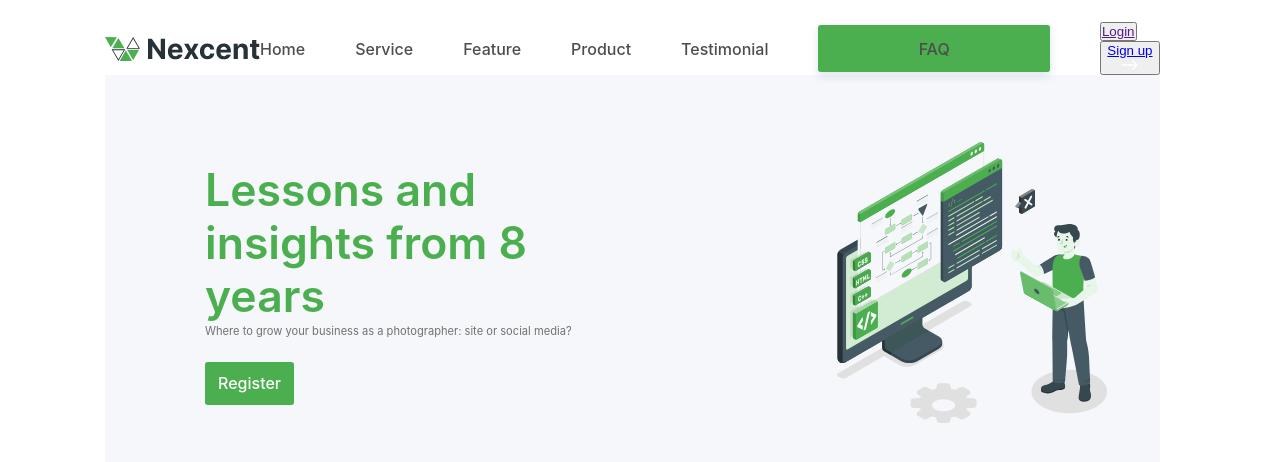
Repository: kubrazamanova/Folder4
Page: homePage/index.html
The author's editor kept a copy of each file at every save. The page is drawn from the files as they stood at one save, then again after the next save.
The browser window is 1280 px wide. The pictures show the whole page.

Above is the page before, as saved 2023-11-11 11:37:52.

After the next save:
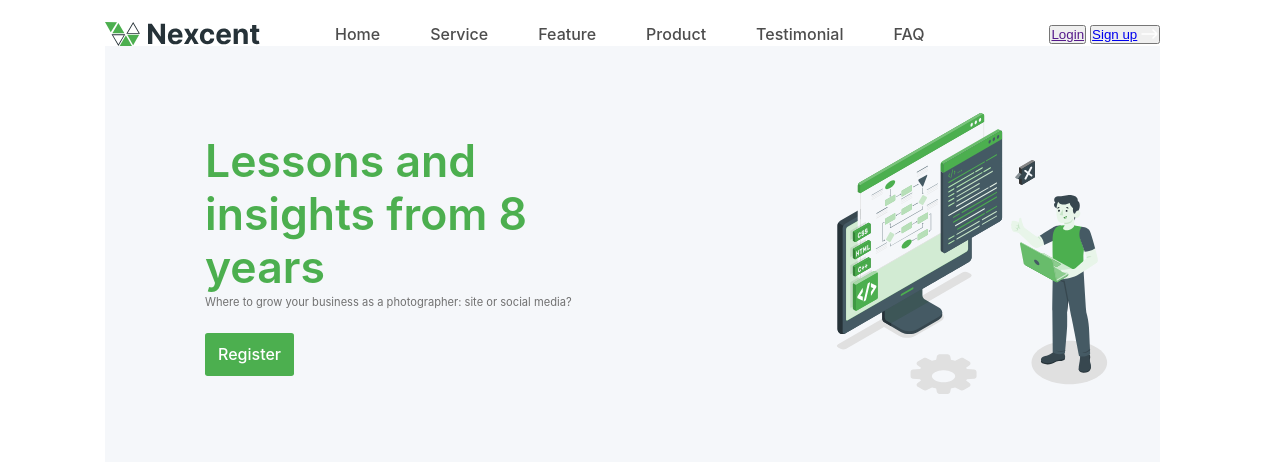
Saved 14 s later.
--- a/homePage/index.css
+++ b/homePage/index.css
@@ -34,37 +34,7 @@ justify-content: space-between;
   text-decoration: none;
 }
 
-.container nav ul li:last-child {
-  text-decoration: none;
-  color: var(--neutral-white, #fff);
-  text-align: center;
-  font-family: Inter;
-  font-size: 16px;
-  font-style: normal;
-  font-weight: 500;
-  line-height: 24px;
-  display: flex;
-  /* width: 133px; */
-  padding: 11.137px 100.234px;
-  justify-content: center;
-  align-items: center;
-  gap: 43.852px;
-  background: var(--neutral-white, #fff);
-  box-shadow: 0px 4px 8px 0px rgba(171, 190, 209, 0.4);
-  border-radius: 2.784px;
-  background: var(--brand-primary, #4caf4f);
-}
 
-.container nav ul li:nth-child(8) a {
-  color: var(--brand-primary, #4caf4f);
-  text-align: center;
-  font-feature-settings: "salt" on, "clig" off, "liga" off;
-  font-family: Inter;
-  font-size: 14px;
-  font-style: normal;
-  font-weight: 500;
-  line-height: 20px;
-}
 
 .container .box2 {
   display: flex;
